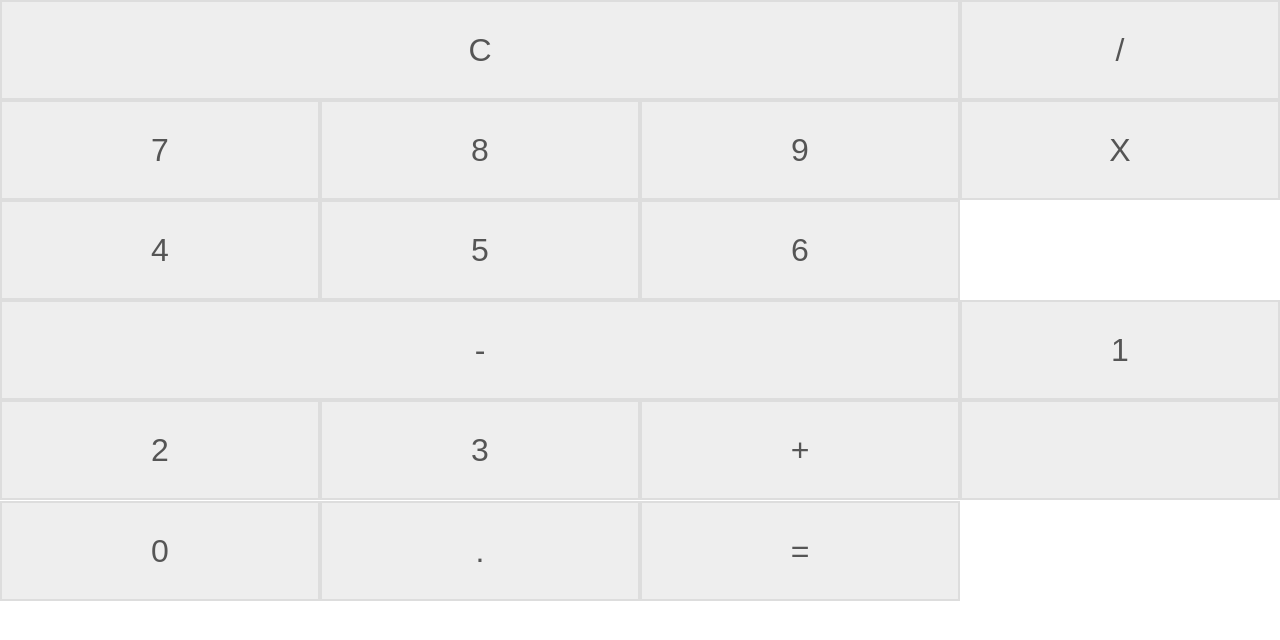
Repository: aaronmatei/react-calc
Page: /
These files come from the project's save history. The page is drawn as it stood at one moment and after the next save; the edit follows.
The browser window is 1280 px wide. The pictures show the whole page.
The project was rebuilt for these pictures with package versions that can differ from the ones it lists, and the page was loaded fresh each time.

Above is the page before, as saved 2019-12-13 10:58:06.

After the next save:
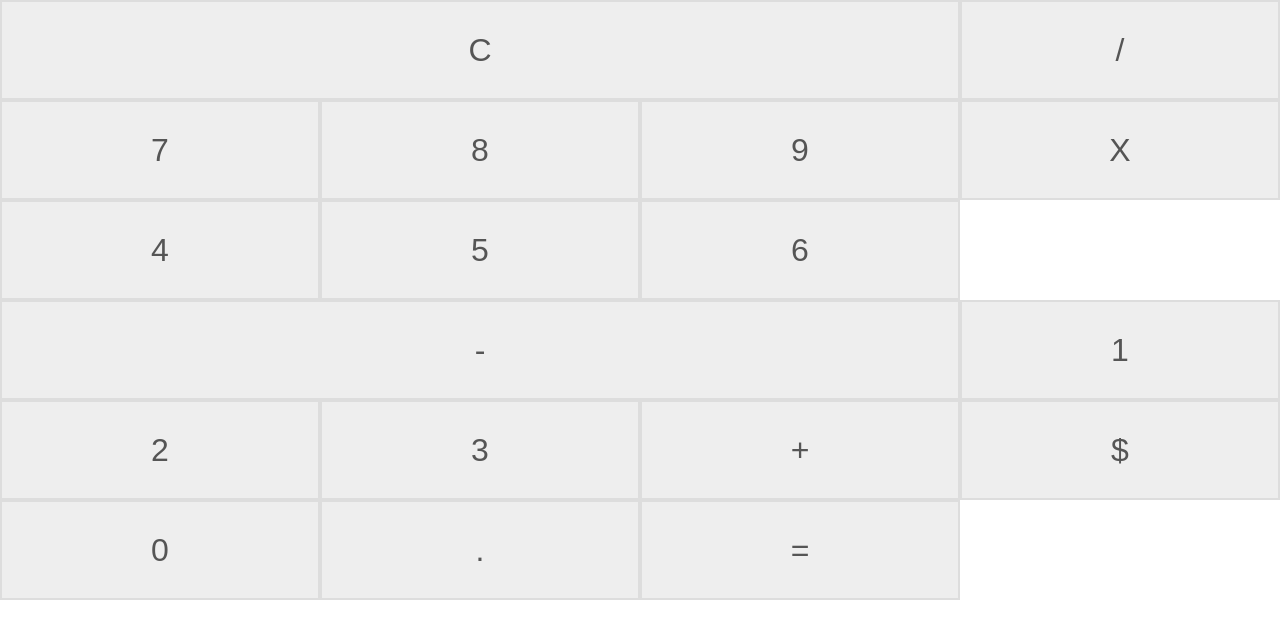
Saved 4 s later.
--- a/src/App.js
+++ b/src/App.js
@@ -31,7 +31,7 @@ class App extends Component {
 			{ symbol: "2", cols: 1, action: this.addToCurrent },
 			{ symbol: "3", cols: 1, action: this.addToCurrent },
 			{ symbol: "+", cols: 1, action: this.addToCurrent },
-			{ symbol: "", cols: 1, action: this.addToCurrent },
+			{ symbol: "$", cols: 1, action: this.addToCurrent },
 			{ symbol: "0", cols: 1, action: this.addToCurrent },
 			{ symbol: ".", cols: 1, action: this.addToCurrent },
 			{ symbol: "=", cols: 1, action: this.addToCurrent },
